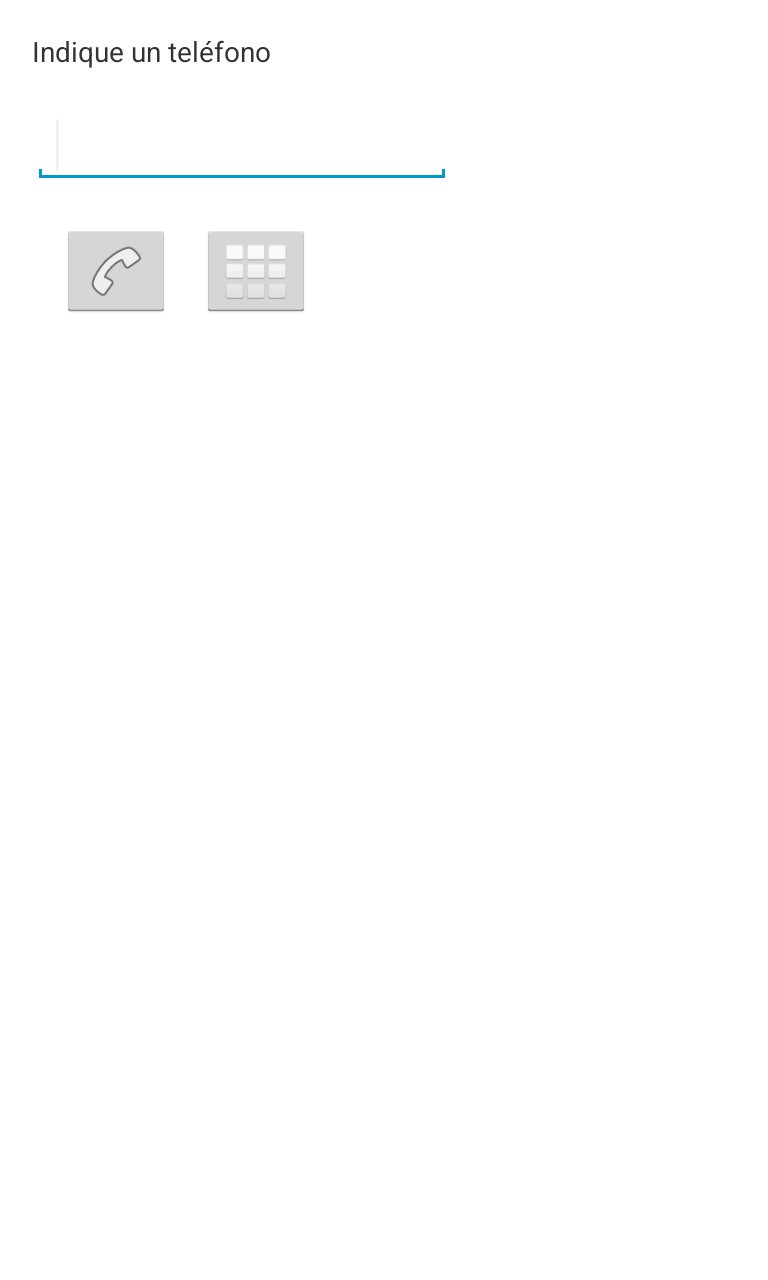
Repository: paullfull21/pmdm
Layout: RealizarLlamada/res/layout/activity_llamada.xml
These files come from the project's save history. The layout is drawn as it stood at one moment and after the next save; the edit follows.
It is drawn on a 768 x 1280 px phone screen (xhdpi) without system bars, with theme AppTheme; the app's code is not run.

Above is the layout before, as saved 2013-10-02 12:05:24.

### RealizarLlamada/res/layout/activity_llamada.xml
<RelativeLayout xmlns:android="http://schemas.android.com/apk/res/android"
    xmlns:tools="http://schemas.android.com/tools"
    android:layout_width="match_parent"
    android:layout_height="match_parent"
    android:paddingBottom="@dimen/activity_vertical_margin"
    android:paddingLeft="@dimen/activity_horizontal_margin"
    android:paddingRight="@dimen/activity_horizontal_margin"
    android:paddingTop="@dimen/activity_vertical_margin"
    tools:context=".LlamadaActivity" >

    <TextView
        android:id="@+id/textViewTfnoLabel"
        android:layout_width="wrap_content"
        android:layout_height="wrap_content"
        android:text="@string/telefono_label" />

    <EditText
        android:id="@+id/phoneNumber"
        android:layout_width="wrap_content"
        android:layout_height="wrap_content"
        android:layout_alignLeft="@+id/textViewTfnoLabel"
        android:layout_below="@+id/textViewTfnoLabel"
        android:layout_marginTop="18dp"
        android:ems="10"
        android:inputType="phone" >

        <requestFocus />
    </EditText>

    <ImageButton
        android:id="@+id/buttonCall"
        android:layout_width="wrap_content"
        android:layout_height="wrap_content"
        android:layout_alignLeft="@+id/phoneNumber"
        android:layout_below="@+id/phoneNumber"
        android:layout_marginLeft="14dp"
        android:layout_marginTop="19dp"
        android:src="@android:drawable/ic_menu_call" />

    <ImageButton
        android:id="@+id/buttonDial"
        android:layout_width="wrap_content"
        android:layout_height="wrap_content"
        android:layout_alignTop="@+id/buttonCall"
        android:layout_marginLeft="14dp"
        android:layout_toRightOf="@+id/buttonCall"
        android:src="@android:drawable/ic_dialog_dialer" />

</RelativeLayout>

### RealizarLlamada/res/values/strings.xml
<?xml version="1.0" encoding="utf-8"?>
<resources>

    <string name="app_name">RealizarLlamada</string>
    <string name="action_settings">Settings</string>
    <string name="hello_world">Hello world!</string>
    <string name="telefono_label">Indique un teléfono</string>

</resources>

Loaded but not shown: RealizarLlamada/res/values/styles.xml (common file); RealizarLlamada/res/values-v11/styles.xml (common file); RealizarLlamada/res/values-v14/styles.xml (common file); RealizarLlamada/res/values/dimens.xml (common file)

After the next save:
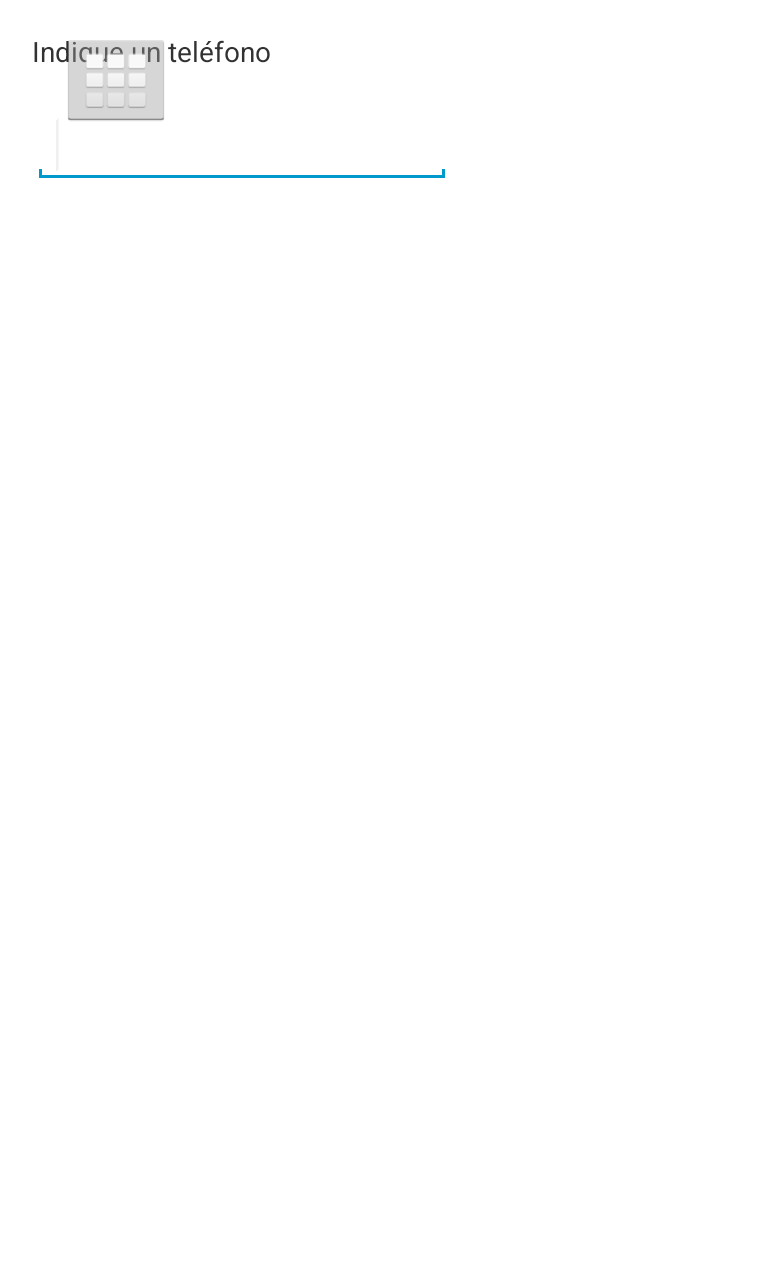
Saved 12 s later.
--- a/RealizarLlamada/res/layout/activity_llamada.xml
+++ b/RealizarLlamada/res/layout/activity_llamada.xml
@@ -27,15 +27,6 @@
         <requestFocus />
     </EditText>
 
-    <ImageButton
-        android:id="@+id/buttonCall"
-        android:layout_width="wrap_content"
-        android:layout_height="wrap_content"
-        android:layout_alignLeft="@+id/phoneNumber"
-        android:layout_below="@+id/phoneNumber"
-        android:layout_marginLeft="14dp"
-        android:layout_marginTop="19dp"
-        android:src="@android:drawable/ic_menu_call" />
 
     <ImageButton
         android:id="@+id/buttonDial"
